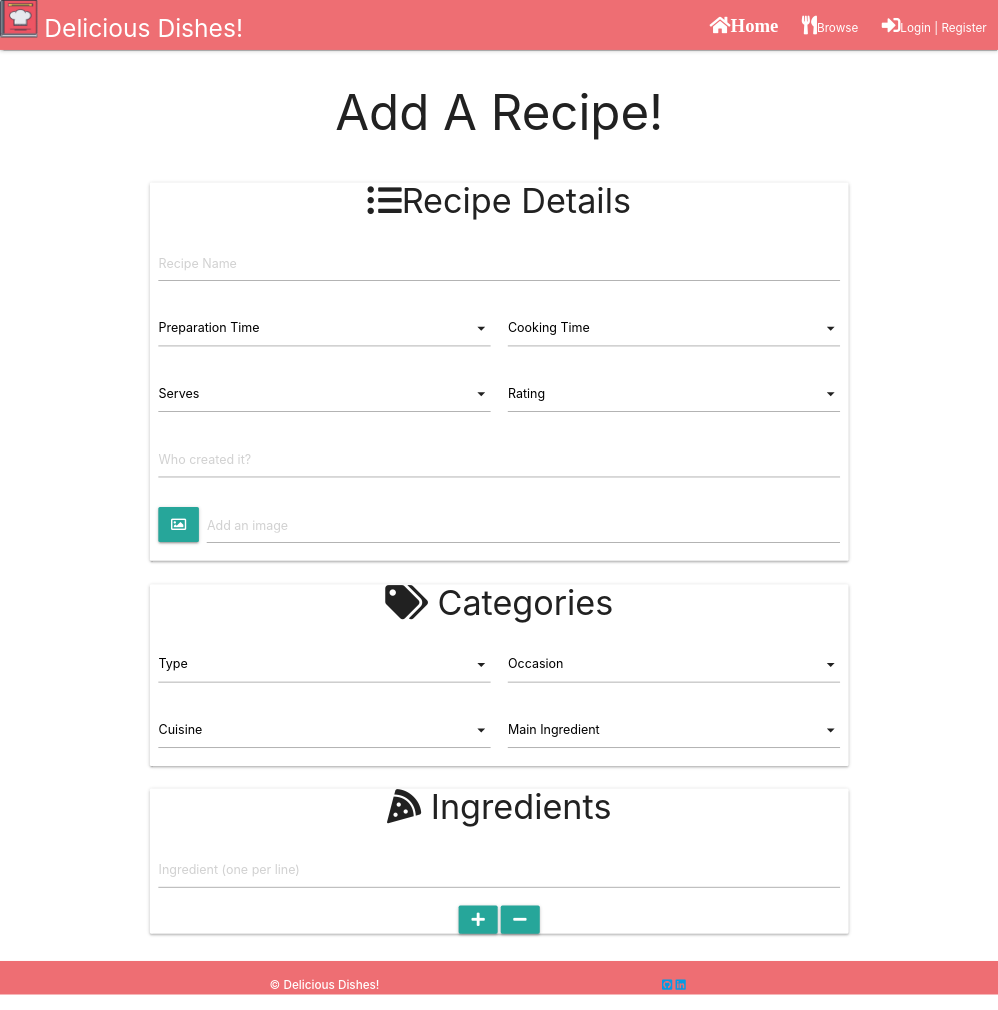
Repository: hebs87/cookbook-milestone-project-three
Page: templates/add_recipe.html
The author's editor kept a record of every edit. The page is drawn from the files as they stood at one moment, then again after the next edit.
The browser window is 1280 px wide. The pictures show the whole page, at 78% of full size.
Some web libraries are served in a nearby version. The page is served by the project's application, run on Flask 3 (app.py). Other server files are loaded and not shown. The template is opened directly, without the code that normally fills it, so the values that code supplies are empty.

Above is the page before.

### templates/add_recipe.html
{% extends "base.html" %} {% block content %}

<!--Page Title-->
<div class="row center-align">
    <div class="col s12">
        <h1 class="title"> Add A Recipe!</h1>
    </div>
</div>

<!--ADD RECIPE FORM WITH NESTED CARDS FOR RELEVANT SECTIONS-->
<div class="row center-align">
    <form method="GET" action="">

        <!--Recipe Details Card-->
        <div class="row card z-depth-1">
            <!--Card Title-->
            <h3><i class="fas fa-list-ul"></i>Recipe Details</h3>
            <!--Recipe Name Field-->
            <div class="input-field col s12">
                <input id="name" name="name" type="text" placeholder="Recipe Name" class="form-control validate" required>
                <label for="name"></label>
            </div>
            <!--Prep Time Select-->
            <div class="input-field col s12 m6">
                <select id="prep_time" name="prep_time" class="form-control validate" required>
                    <option value="" disabled selected>Preparation Time</option>
                    <option value="">1</option>
                </select>
            </div>
            <!--Cook Time Select-->
            <div class="input-field col s12 m6">
                <select id="cook_time" name="cook_time" class="form-control validate" required>
                    <option value="" disabled selected>Cooking Time</option>
                    <option value="">1</option>
                </select>
            </div>
            <!--Serves Select-->
            <div class="input-field col s12 m6">
                <select id="serves" name="serves" class="form-control validate" required>
                    <option value="" disabled selected>Serves</option>
                    <option value="">1</option>
                </select>
            </div>
            <!--Rating Select-->
            <div class="input-field col s12 m6">
                <select id="rating" name="rating" class="form-control validate" required>
                    <option value="" disabled selected>Rating</option>
                    <option value="">1</option>
                </select>
            </div>
            <!--Author Field-->
            <div class="input-field col s12">
                <input id="author" name="Author" type="text" placeholder="Who created it?" class="form-control validate" required>
            </div>
            <!--Image File Input-->
            <div class="file-field input-field col s12">
                <div class="btn">
                    <i class="far fa-image"></i>
                    <input type="file" name="img">
                </div>
                <div class="file-path-wrapper">
                    <input class="file-path validate" name="file_path" placeholder="Add an image" type="text">
                </div>
            </div>
        </div>

        <!--Recipe Categories Card-->
        <div class="row card z-depth-1">
            <!--Card Title-->
            <h3><i class="fas fa-tags"></i> Categories</h3>
            <!--Type Select-->
            <div class="input-field col s12 m6">
                <select id="type" name="type" class="form-control validate" required>
                    <option value="" disabled selected>Type</option>
                    <option value="">1</option>
                </select>
            </div>
            <!--Occasion Select-->
            <div class="input-field col s12 m6">
                <select id="occasion" name="occasion" class="form-control validate" required>
                    <option value="" disabled selected>Occasion</option>
                    <option value="">1</option>
                </select>
            </div>
            <!--Cuisine Select-->
            <div class="input-field col s12 m6">
                <select id="cuisine" name="cuisine" class="form-control validate" required>
                    <option value="" disabled selected>Cuisine</option>
                    <option value="">1</option>
                </select>
            </div>
            <!--Main Ingredient Select-->
            <div class="input-field col s12 m6">
                <select id="main_ing" name="main_ing" class="form-control validate" required>
                    <option value="" disabled selected>Main Ingredient</option>
                    <option value="">1</option>
                </select>
            </div>
        </div>

        <!--Ingredients Card-->
        <div class="row card z-depth-1">
            <!--Card Title-->
            <h3><i class="fas fa-pizza-slice"></i> Ingredients</h3>
            <!--Ingredient Field-->
            <div class="input-field col s12">
                <input id="ingredients" name="ingredients" type="text" placeholder="Ingredient (one per line)" class="form-control validate" required>
                <label for="ingredients"></label>
            </div>
            <!--Add Ingredient Row Btn-->
            <button type="button" class="waves-effect waves-light btn add-ing">
                <i class="fas fa-plus material-icons" aria-hidden="true"></i>
            </button>

            <!--Remove Ingredient Row Btn-->
            <button type="button" class="waves-effect waves-light btn remove-ing">
                <i class="fas fa-minus material-icons" aria-hidden="true"></i>
            </button>
        </div>

    </form>
</div>

{% endblock %}

### templates/base.html
<!DOCTYPE html>
<html lang="en">

<head>

    <!--Link for Favicon-->
    <link rel="icon" sizes="192x192" href="{{ url_for('static', filename='img/favicon.png') }}" type="image/x-icon">
    <meta charset="UTF-8">
    <meta name="viewport" content="width=device-width, initial-scale=1.0">
    <meta http-equiv="X-UA-Compatible" content="ie=edge">
    <title>Delicious Dishes!</title>

    <!--Link for Materialize-->
    <link rel="stylesheet" href="https://cdnjs.cloudflare.com/ajax/libs/materialize/1.0.0/css/materialize.min.css">
    <!--Link for FontAwesome-->
    <link rel="stylesheet" href="https://use.fontawesome.com/releases/v5.8.2/css/all.css" integrity="sha384-oS3vJWv+0UjzBfQzYUhtDYW+Pj2yciDJxpsK1OYPAYjqT085Qq/1cq5FLXAZQ7Ay" crossorigin="anonymous">
    <!--Link for custom CSS sheet-->


</head>

<body>

    <!--HEADER-->
    <header class="container-fluid">
        <!--NAVBAR-->
        <!--Main Nav-->
        <nav class="nav-extended">
            <div class="nav-wrapper">
                <a href="{{ url_for('index') }}" class="brand-logo"><img src="{{ url_for('static', filename='img/favicon.png') }}" alt="Delicious Dishes Chef Logo" lazyload="on">
                    Delicious Dishes!
                </a>
                <a href="#" data-target="mobile-demo" class="sidenav-trigger">
                    <i class="fas fa-bars" aria-hidden="true"></i>
                </a>
                <ul id="nav-mobile" class="right hide-on-med-and-down">
                    <li>
                        <a href="{{ url_for('index') }}">
                            <i class="fas fa-home" aria-hidden="true">Home</i>
                        </a>
                    </li>
                    <li>
                        <a href="#">
                            <i class="fas fa-utensils" aria-hidden="true"></i>Browse
                        </a>
                    </li>
                    <!--Additional options if user is logged in-->
                    {% if session.user %}
                        <li>
                            <a href="#">
                                <i class="fas fa-user" aria-hidden="true"></i>{{ session['user'] }}
                            </a>
                        </li>
                        <li>
                            <a href="{{ url_for('add_recipe') }}">
                                <i class="fas fa-plus" aria-hidden="true"></i>Add Recipe
                            </a>
                        </li>
                        <li>
                            <a href="{{ url_for('logout') }}">
                                <i class="fas fa-sign-out-alt" aria-hidden="true"></i>Logout
                            </a>
                        </li>
                    <!--If there is no user in session-->
                    {% else %}
                        <li>
                            <a href="{{ url_for('login_register') }}">
                                <i class="fas fa-sign-in-alt" aria-hidden="true"></i>Login | Register
                            </a>
                        </li>
                    {% endif %}
                </ul>
            </div>
        </nav>
        <!--End Main Nav-->
        <!--Mobile Side Nav-->
        <ul class="sidenav" id="mobile-demo">
            <li>
                <a href="{{ url_for('index') }}" class="brand-logo">
                    <h4>Delicious Dishes!</h4>
                </a>
            <li>
                <a href="{{ url_for('index') }}">
                    <i class="fas fa-home" aria-hidden="true"></i>Home
                </a>
            </li>
            <li>
                <a href="#">
                    <i class="fas fa-utensils" aria-hidden="true"></i>Browse
                </a>
            </li>
            <!--Additional options if user is logged in-->
            {% if session.user %}
                <li>
                    <a href="#">
                        <i class="fas fa-user" aria-hidden="true"></i>{{ session['user'] }}
                    </a>
                </li>
                <li>
                    <a href="{{ url_for('add_recipe') }}">
                        <i class="fas fa-plus" aria-hidden="true"></i>Add Recipe
                    </a>
                </li>
                <li>
                    <a href="{{ url_for('logout') }}">
                        <i class="fas fa-sign-out-alt" aria-hidden="true"></i>Logout
                    </a>
                </li>
            <!--If there is no user in session-->
            {% else %}
                <li>
                    <a href="{{ url_for('login_register') }}">
                        <i class="fas fa-sign-in-alt" aria-hidden="true"></i>Login | Register
                    </a>
                </li>
            {% endif %}
        </ul>
        <!--End Mobile Side Nav-->
        <!--END NAVBAR-->

    </header>
    <!--END HEADER-->

    <!--MAIN CONTENT-->
    <main>
        <div class="container">
            <!--Flashed messages to appear at the top of the page, below the Navbar-->
            {% with messages = get_flashed_messages() %}
                {% if messages %}
                    <ul class="flashes center-align">
                        {% for message in messages %}
                        <li>{{ message }}</li>
                        {% endfor %}
                    </ul>
                {% endif %}
            {% endwith %}

            <!--Main content-->
            {% block content %} {% endblock %}
        </div>
    </main>
    <!--END MAIN CONTENT-->

    <!--FOOTER-->
    <footer class="page-footer">
        <div class="container">
            <div class="row center-align">
                <div class="col s12 m6">
                    &copy; <strong>Delicious Dishes!</strong>
                </div>
                <div class="col s12 m6">
                    <a href="https://github.com/hebs87/cookbook-milestone-project-three" target="_blank" rel="noopener" aria-label="GitHub - hebs87">
                        <i class="fab fa-github-square" title="hebs87" aria-hidden="true"></i>
                    </a>
                    <a href="https://www.linkedin.com/in/sunny-hebbar-0b3008174/" target="_blank" rel="noopener" aria-label="LinkedIn - Sunny-Hebbar">
                        <i class="fab fa-linkedin" title="Sunny-Hebbar" aria-hidden="true"></i>
                    </a>
                </div>
            </div>
        </div>
    </footer>
    <!--END FOOTER-->

    <!--Script tag for jQuery-->
    <script src="https://code.jquery.com/jquery-3.4.1.min.js" integrity="sha256-CSXorXvZcTkaix6Yvo6HppcZGetbYMGWSFlBw8HfCJo=" crossorigin="anonymous"></script>
    <!--Script tag for Materialize-->
    <script src="https://cdnjs.cloudflare.com/ajax/libs/materialize/1.0.0/js/materialize.min.js"></script>
    <!--Script tag for custom JS file-->
    <script src="{{ url_for('static', filename='js/script.js') }}"></script>

</body>

</html>

### app.py
import os, json, math
import re
from flask import Flask, render_template, redirect, request, session, g, url_for, flash, Markup
from flask_pymongo import PyMongo
from bson.objectid import ObjectId
from werkzeug.security import check_password_hash, generate_password_hash

# Instance of Flask
app = Flask(__name__)

# Config Flask app and connect to database
app.config["MONGO_DBNAME"] = 'onlineCookbook'
app.config["MONGO_URI"] = os.getenv('MONGO_URI')
# Secret key to enable user sessions for login and flash messages - generates random string
app.secret_key = os.urandom(24)

# Instance of PyMongo
mongo = PyMongo(app)

# DB collection variables
recipes_coll = mongo.db.recipes
rating_coll = mongo.db.ratings
categories_coll = mongo.db.categories
serves_coll = mongo.db.serves
time_coll = mongo.db.time
users_coll = mongo.db.userLogin

# Route to index.html
@app.route('/')
def index():
    return render_template("index.html")

# User login sessions/logout
@app.route('/login_register')
def login_register():
    return render_template("login_register.html")

@app.route('/login', methods=["GET", "POST"])
def login():
    '''
    Login
    Checks that the user exists, and that user's password matches the
    hased password in the database
    '''
    if request.method == "POST":

        username = request.form.get('username').lower()
        password = request.form.get("password")
        existing_user = users_coll.find_one({"username": username})

        # Check if username exists and user's password matches the hashed password
        if existing_user and check_password_hash(existing_user["password"], password):
            flash(Markup("Welcome back " + username + ", you're now logged in!"))
            session['user'] = username
            return redirect(url_for('index'))
        # If either the username or password don't match, generic flash message is displayed
        else:
            flash(Markup("It appears those details don't match what we have, please try again."))
            return redirect(url_for('login'))

    return render_template("login_register.html")

@app.route('/register', methods=["GET", "POST"])
def register():
    '''
    Create new user/register new account
    Checks that the user doesn't already exist, and that length of username
    and password is between 6-15 characters
    Uses generate_password_hash to hash user's password in the database
    '''
    if request.method == "POST":

        new_username = request.form.get('new_username').lower()
        new_password = request.form.get("new_password")

        # Check username and password are alphanumeric
        for letter in new_username:
            if not letter.isalnum():
                flash(Markup("Usernames must be alphanumeric only. Please try another one."))
                return redirect(url_for('register'))
        for letter in new_password:
            if not letter.isalnum():
                flash(Markup("Passwords must be alphanumeric only. Please try another one."))
                return redirect(url_for('register'))

        # Check username and password are between 6-15 characters
        if len(new_username) < 5 or len(new_username) > 15:
            flash(Markup("Usernames must be between 5 and 15 characters. Please try again."))
            return redirect(url_for('register'))
        if len(new_password) < 5 or len(new_password) > 15:
            flash(Markup("Passwords must be between 5 and 15 characters. Please try again."))
            return redirect(url_for('register'))

        # Check if username already exists
        existing_user = users_coll.find_one({"username": new_username})
        if existing_user:
            flash(Markup("Sorry, " + new_username + " is already taken! Please choose another one!"))
            return redirect(url_for('register'))

        # If all checks pass, add user to the database and hash the password
        users_coll.insert_one({
            "username": new_username,
            "password": generate_password_hash(new_password)
        })
        session['user'] = new_username
        flash(Markup("Welcome " + new_username + ", you're now logged in!"))
        return redirect(url_for('index'))

    return render_template("login_register.html")

@app.route('/logout')
def logout():
    '''
    Remove the session cookie and end the user session
    '''
    session.pop('user', None)
    flash(Markup("You were successfully logged out"))
    return redirect(url_for('index'))

@app.before_request
def before_request():
    '''
    Checks if the user is logged in before each request
    '''
    g.user = None
    if 'user' in session:
        g.user = session['user']

# Route to add_recipe.html
@app.route('/add_recipe')
def add_recipe():
    return render_template("add_recipe.html")

if __name__ == '__main__':
    app.run(host=os.getenv("IP", "0.0.0.0"),
            port=int(os.getenv("PORT", "5000")),
            debug=False)

### static/js/script.js
//Initialize Mobile Side Nav
$('.sidenav').sidenav();
//Initialize Tabs
$('.tabs').tabs();
//Initialize Select Form
$('select').formSelect();

After the next edit:
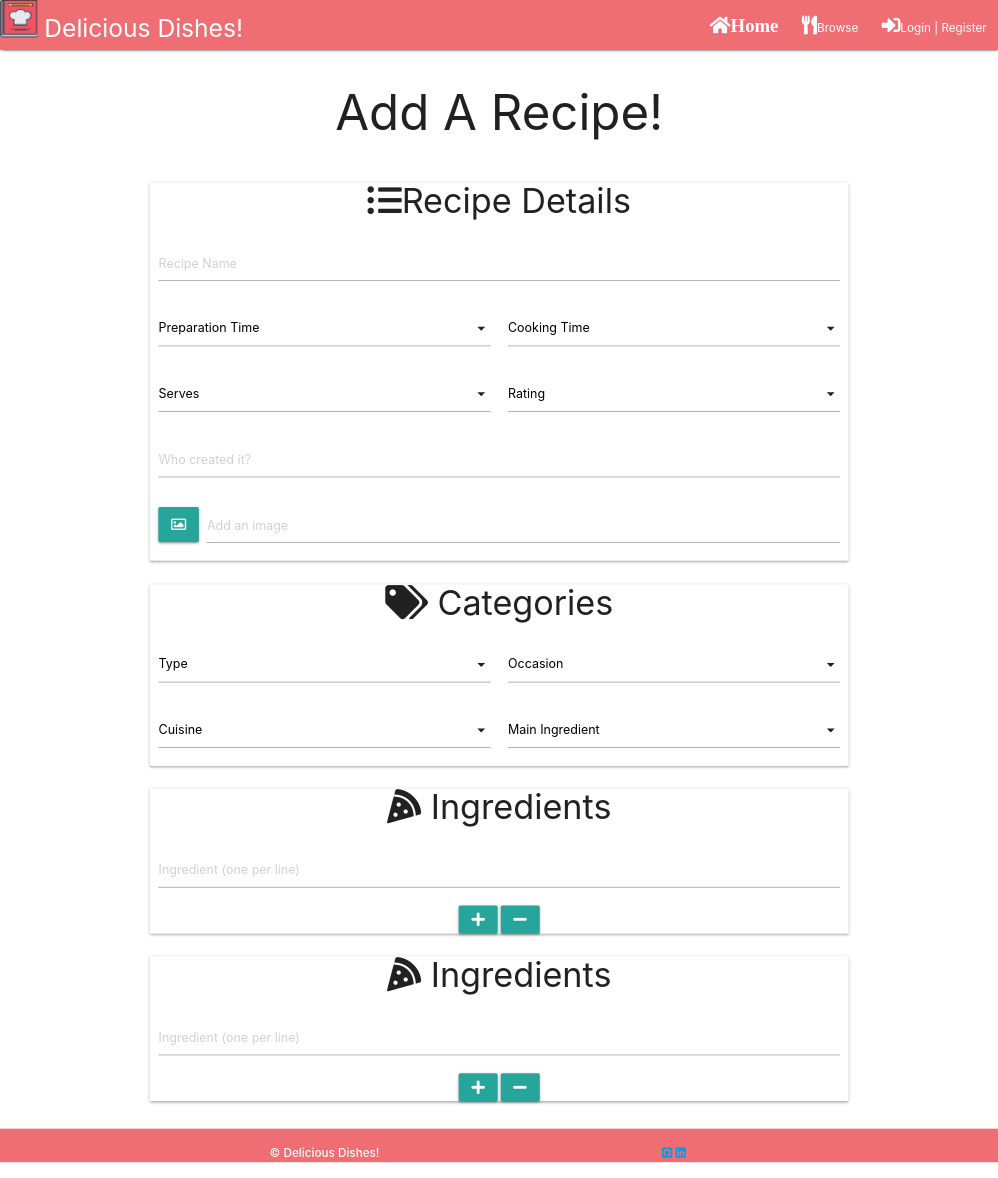
The edit:
--- a/templates/add_recipe.html
+++ b/templates/add_recipe.html
@@ -118,6 +118,27 @@
             </button>
         </div>
 
+        <!--Cooking Instructions Card-->
+        <div class="row card z-depth-1">
+            <!--Card Title-->
+            <h3><i class="fas fa-pizza-slice"></i> Ingredients</h3>
+            <!--Ingredient Field-->
+            <div class="input-field col s12">
+                <input id="ingredients" name="ingredients" type="text" placeholder="Ingredient (one per line)" class="form-control validate" required>
+                <label for="ingredients"></label>
+            </div>
+            <!--Add Ingredient Row Btn-->
+            <button type="button" class="waves-effect waves-light btn add-ing">
+                <i class="fas fa-plus material-icons" aria-hidden="true"></i>
+            </button>
+
+            <!--Remove Ingredient Row Btn-->
+            <button type="button" class="waves-effect waves-light btn remove-ing">
+                <i class="fas fa-minus material-icons" aria-hidden="true"></i>
+            </button>
+        </div>
+
+
     </form>
 </div>
 
